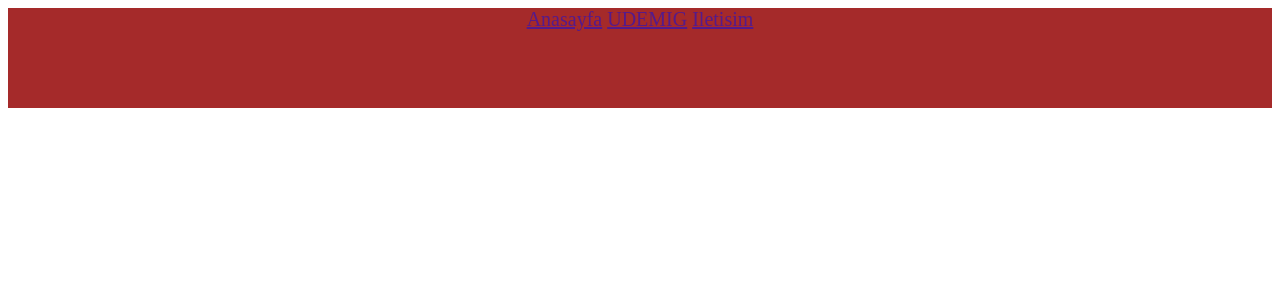
Repository: Kubraaygun/Html_Css_Login
Page: index.html
An editor plug-in stored every save of this project. The page is shown before and after a run of saves, followed by the edit.
The browser window is 1280 px wide. The pictures show the whole page.

Above is the page before, as saved 2025-03-04 20:53:23.

After the next 2 saves:
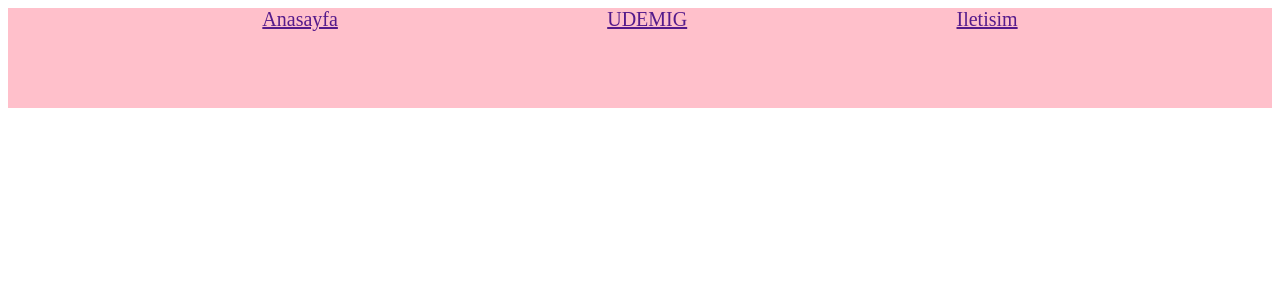
The 2 saves are shown as one change because they came seconds apart.
The last was saved 9 s later.
--- a/index.html
+++ b/index.html
@@ -7,7 +7,7 @@
     <link rel="stylesheet" href="style.css" />
   </head>
   <body>
-    <header style="background-color: brown; height: 100px">
+    <header style="background-color: pink; height: 100px">
       <div class="contain">
         <div
           style="
@@ -17,11 +17,9 @@
             gap: 15px;
           "
         >
-          <div style="color: wheat">
-            <a href="">Anasayfa</a>
-            <a href="">UDEMIG</a>
-            <a href="">Iletisim</a>
-          </div>
+          <a href="">Anasayfa</a>
+          <a href="">UDEMIG</a>
+          <a href="">Iletisim</a>
         </div>
       </div>
     </header>
